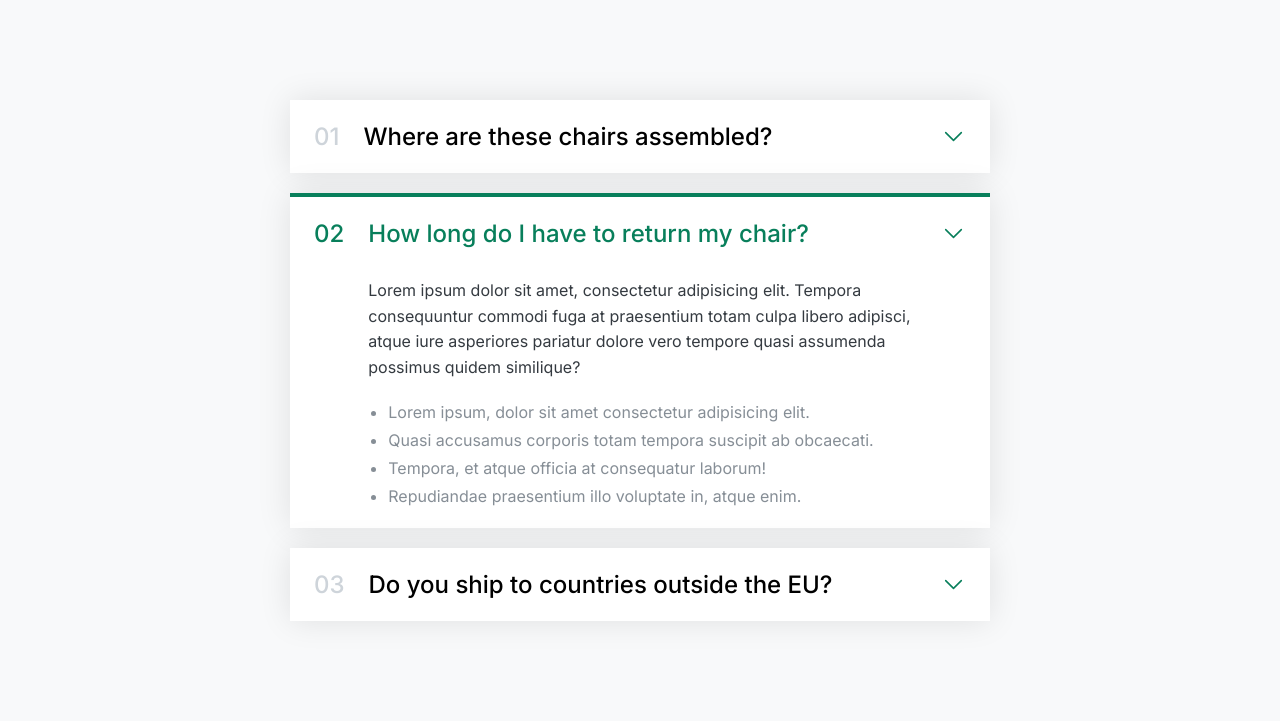
Repository: Ahmed123rezk123/06-Components
Page: accordion.html
The author's editor kept a copy of each file at every save. The page is drawn from the files as they stood at one save, then again after the next save.
The browser window is 1280 px wide. The pictures show the whole page.

Above is the page before, as saved 2024-09-16 03:12:42.

### accordion.html
<!DOCTYPE html>
<html lang="en">
  <head>
    <meta charset="UTF-8" />
    <meta name="viewport" content="width=device-width, initial-scale=1.0" />
    <link rel="preconnect" href="https://fonts.gstatic.com" />
    <link
      href="https://fonts.googleapis.com/css2?family=Inter:wght@400;500;700&display=swap"
      rel="stylesheet"
    />
    <link rel="stylesheet" href="accordion.css" />
    <title>Accordion</title>
  </head>
  <body>
    <div class="accordion">
      <div class="item">
        <p class="number">01</p>
        <p class="text">Where are these chairs assembled?</p>
        <svg
          xmlns="http://www.w3.org/2000/svg"
          fill="none"
          viewBox="0 0 24 24"
          stroke-width="1.5"
          stroke="currentColor"
          class="icon"
        >
          <path
            stroke-linecap="round"
            stroke-linejoin="round"
            d="m19.5 8.25-7.5 7.5-7.5-7.5"
          />
        </svg>
      </div>
      <div class="item item2">
        <p class="number num2">02</p>
        <p class="text text2">How long do I have to return my chair?</p>
        <svg
          xmlns="http://www.w3.org/2000/svg"
          fill="none"
          viewBox="0 0 24 24"
          stroke-width="1.5"
          stroke="currentColor"
          class="icon icon2"
        >
          <path
            stroke-linecap="round"
            stroke-linejoin="round"
            d="m19.5 8.25-7.5 7.5-7.5-7.5"
          />
        </svg>
        <div class="hidden-box">
          <p>
            Lorem ipsum dolor sit amet, consectetur adipisicing elit. Tempora
            consequuntur commodi fuga at praesentium totam culpa libero
            adipisci, atque iure asperiores pariatur dolore vero tempore quasi
            assumenda possimus quidem similique?
          </p>
          <ul>
            <li>Lorem ipsum, dolor sit amet consectetur adipisicing elit.</li>
            <li>
              Quasi accusamus corporis totam tempora suscipit ab obcaecati.
            </li>
            <li>Tempora, et atque officia at consequatur laborum!</li>
            <li>Repudiandae praesentium illo voluptate in, atque enim.</li>
          </ul>
        </div>
      </div>
      <div class="item last">
        <p class="number">03</p>
        <p class="text">Do you ship to countries outside the EU?</p>
        <svg
          xmlns="http://www.w3.org/2000/svg"
          fill="none"
          viewBox="0 0 24 24"
          stroke-width="1.5"
          stroke="currentColor"
          class="icon"
        >
          <path
            stroke-linecap="round"
            stroke-linejoin="round"
            d="m19.5 8.25-7.5 7.5-7.5-7.5"
          />
        </svg>
      </div>
    </div>
  </body>
</html>

### accordion.css
* {
  margin: 0;
  padding: 0;
  box-sizing: border-box;
}

body {
  font-family: "Inter", sans-serif;
  color: #343a40;
  /* border-bottom: 8px solid #087f5b; */
  background-color: #f8f9fa;
  line-height: 1;
}
.accordion {
  width: 700px;
  margin: 100px auto;
}

.item {
  background-color: #fff;
  padding: 24px;
  display: grid;
  grid-template-columns: auto 1fr auto;
  column-gap: 24px;
  row-gap: 32px;
  box-shadow: 0 0 32px rgba(0, 0, 0, 0.1);
  align-items: center;
  margin-bottom: 20px;
}
.number,
.text {
  font-size: 24px;
  font-weight: 500;
  color: #ced4da;
}
.text {
  color: #000;
}

.icon {
  width: 25px;
  stroke: #087f5b;
}

.item2 {
  border-top: 4px solid #087f5b;
}
.num2,
.text2 {
  color: #087f5b;
}
.hidden-box {
  grid-column: 2;
}
.hidden-box p {
  line-height: 1.6;
  margin-bottom: 24px;
}

.hidden-box ul {
  color: #868e96;
  margin-left: 20px;
  display: flex;
  flex-direction: column;
  gap: 12px;
}
/*
.hidden-box li {
  margin-bottom: 10px;
} */

.last {
  margin-bottom: 0;
}

After the next save:
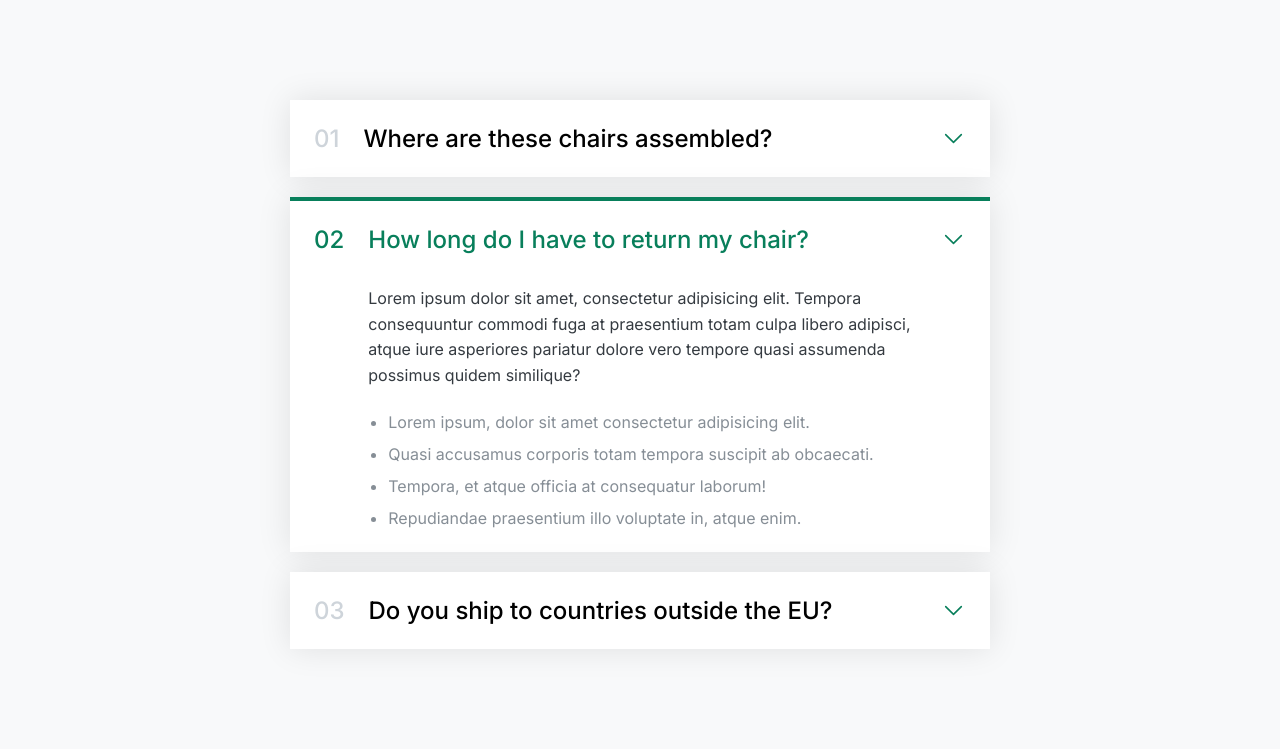
Saved 18 s later.
--- a/accordion.css
+++ b/accordion.css
@@ -9,7 +9,7 @@ body {
   color: #343a40;
   /* border-bottom: 8px solid #087f5b; */
   background-color: #f8f9fa;
-  line-height: 1;
+  /* line-height: 1; */
 }
 .accordion {
   width: 700px;

After the save that followed:
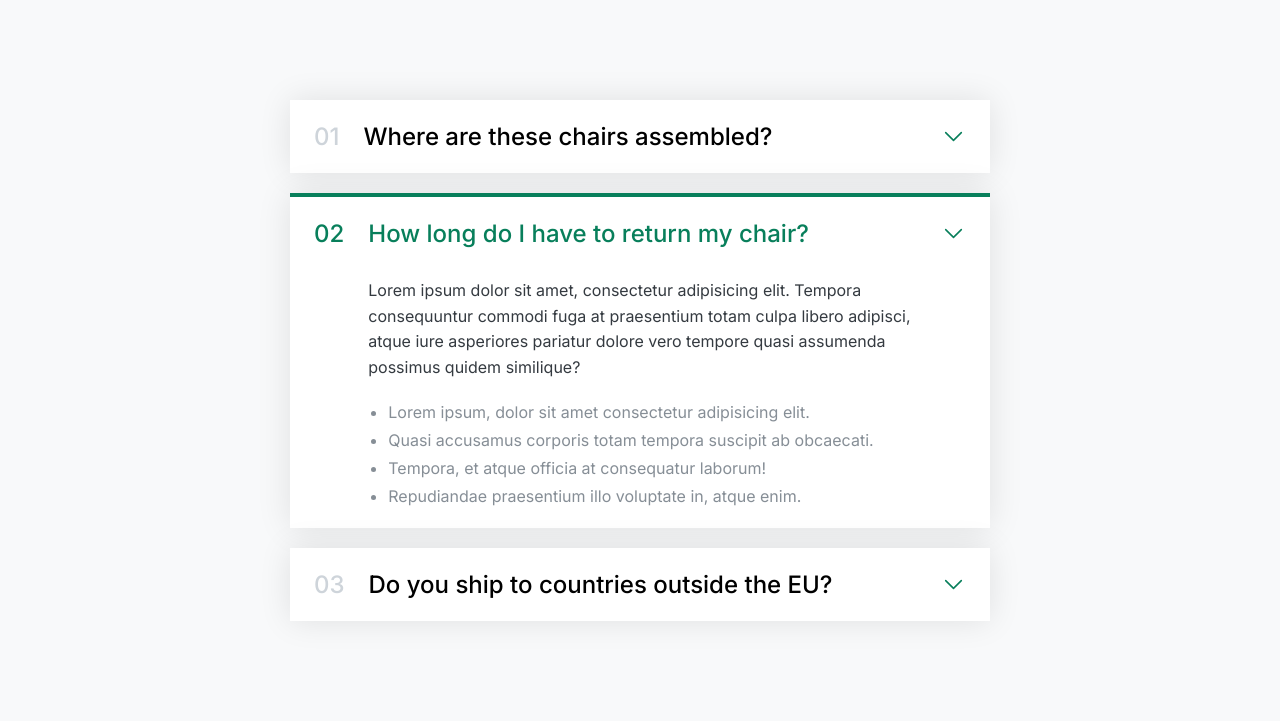
Saved 4 s later.
--- a/accordion.css
+++ b/accordion.css
@@ -9,7 +9,7 @@ body {
   color: #343a40;
   /* border-bottom: 8px solid #087f5b; */
   background-color: #f8f9fa;
-  /* line-height: 1; */
+  line-height: 1;
 }
 .accordion {
   width: 700px;
